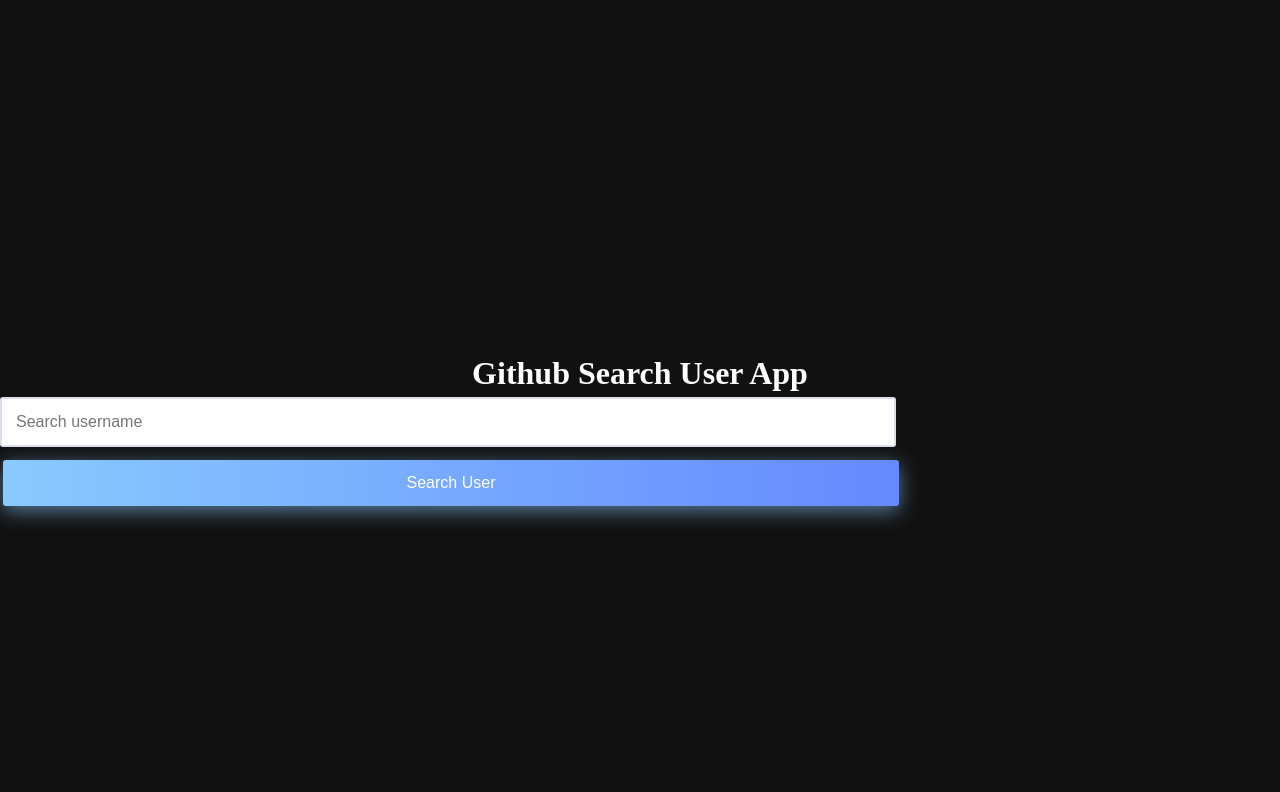
Repository: solox-cyber/Github-search-user
Page: index.html
An editor plug-in stored every save of this project. The page is shown before and after the next save, followed by the edit.
The browser window is 1280 px wide. The pictures show the whole page.

Above is the page before, as saved 2023-03-25 18:44:20.

After the next save:
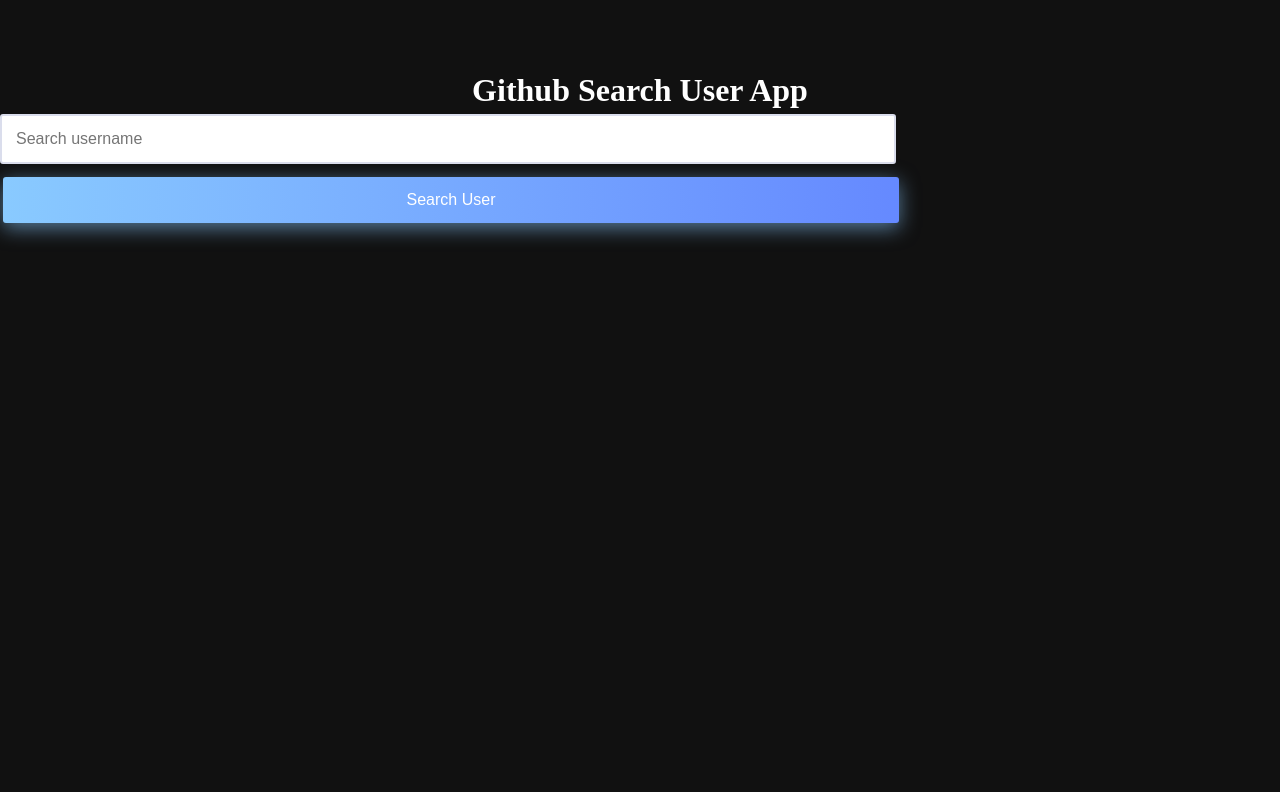
Saved 11 s later.
--- a/style.css
+++ b/style.css
@@ -13,9 +13,6 @@
     height: 100vh;
     width: 100%;
     top:10%;
-
-    justify-content: center;
-    align-content: center;
 }
 
 .container h1{
